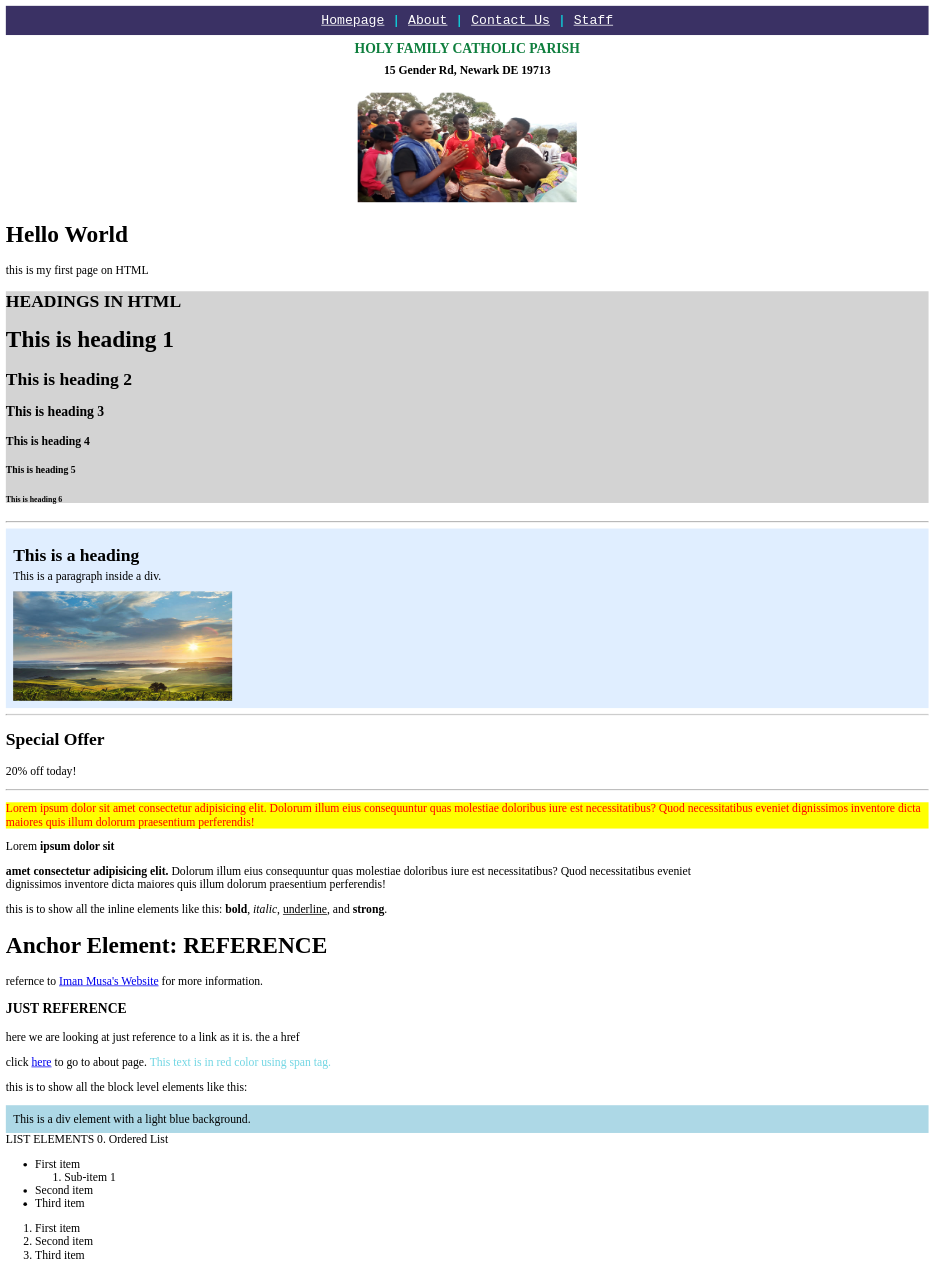
Repository: ficotims/HTML-RESTART
Page: Homepage.html
These files come from the project's save history. The page is drawn as it stood at one moment and after the next save; the edit follows.
The browser window is 1280 px wide. The pictures show the whole page, at 73% of full size.

Above is the page before, as saved 2026-02-10 13:09:33.

### Homepage.html
<!doctype html>
<html lang="en">
  <head>
    <meta charset="UTF-8" />
    <meta name="viewport" content="width=device-width, initial-scale=1.0" />
    <title>HTML Crash course with Iman Musa</title>
    <link rel="stylesheet" href="Style 1.css"/>
  </head>
  <body>

    <!-- NAVIGATION SECTION -->
        <div style="background-color: rgb(58, 49, 100); padding: 10px; text-align: center; color: aqua; font-size: 18px; font-family: monospace, Lemon milk;">
    <a href="Homepage.html" target="_top" style="color: white;">Homepage</a> |
    <a href="about.html" style="color: white;">About</a> | <a href="Contact us.html" style="color: white;">Contact Us</a> |
    <a href="staff.html" style="color: white;">Staff</a>
     </div>

 <div style="text-align: center;">
    <h3><span style="color: rgb(14, 126, 61);"><div style="line-height: 0;">HOLY FAMILY CATHOLIC PARISH</b></span></h3>
    <H4>15 Gender Rd, Newark DE 19713</H4>
    <img
        src="images/Acension.jpg"
        alt="Catholic Church Logo"
        width="300"
        height="150"
      />
      </div>

    <h1>Hello World</h1>
    <p>this is my first page on HTML</p>
    <!-- this is a comment and will not appear on the screen/ page -->
    <!-- let us introduce the headings -->
    <div style="background-color: lightgray; padding: px; text-align: left">
      <h2>HEADINGS IN HTML</h2>
    <h1>This is heading 1</h1>
    <h2>This is heading 2</h2>
    <h3>This is heading 3</h3>
    <h4>This is heading 4</h4>
    <h5>This is heading 5</h5>
    <h6>This is heading 6</h6>
    </div>

    <!-- here we are starting off LEARNING HOW TO USE THE <div> TAG -->
 <hr>
      <div style="background-color: rgb(224, 238, 255); padding: 10px; text-align: left; line-height: 0.5;">
  <h2>This is a heading</h2>
  <p>This is a paragraph inside a div.</p>
  <img src="images/landscape.jpg" alt="Landscape" width="300"
        height="150" />
</div>
<hr>
<div class="highlight-box">
  <h2>Special Offer</h2>
  <p>20% off today!</p>
</div>
<hr>


    <!-- thi is for paragraphs now -->
    <p class="body1">
      Lorem ipsum dolor sit amet consectetur adipisicing elit. Dolorum illum
      eius consequuntur quas molestiae doloribus iure est necessitatibus? Quod
      necessitatibus eveniet dignissimos inventore dicta maiores quis illum
      dolorum praesentium perferendis!
    </p>

    <p>
      Lorem <b>ipsum dolor sit <div>amet consectetur adipisicing elit.</b> Dolorum
      illum eius consequuntur quas molestiae doloribus iure est necessitatibus?
      Quod necessitatibus eveniet </div>dignissimos inventore dicta maiores quis illum
      dolorum praesentium perferendis!
    </p>


    <!-- this is for inline leve elements -->

    <p>
      this is to show all the inline elements like this: <b>bold</b>,
      <i>italic</i>, <u>underline</u>, and <strong>strong</strong>.
      <br />

      <!-- using the other inline elements: Anchor Elements (which are just links) -->
    </p>
    <h1>Anchor Element: REFERENCE</h1>
    refernce to
    <a href="https://www.google.com" target="_blank">Iman Musa's Website</a> for
    more information.
    <h3>JUST REFERENCE</h3>
    <p>here we are looking at just reference to a link as it is. the a href</p>
    click <a href="about.html" target="_blank">here</a> to go to about page.

    <!-- SPAN ELEMENT -->
    <span style="color: rgba(31, 190, 211, 0.63)">This text is in red color using span tag.</span>
    <p>
      <!-- now let us introduce the block level elements -->
      this is to show all the block level elements like this:
    </p>

    <div style="background-color: lightblue; padding: 10px">
      This is a div element with a light blue background.
    </div>

    <!-- this is LIST -->
<hi2>LIST ELEMENTS</h2>

    0. Ordered List

    <ul>
      <li>First item</li>
      <ol><li>Sub-item 1</li></ol>
      <li>Second item</li>
      <li>Third item</li>
    </ul>

    <ol>
      <li>First item</li>
      <li>Second item</li>
      <li>Third item</li>
    </ol>
  </body>
</html>

### Style 1.css
.body1 {
    color: red;
    background-color: yellow;
    font-size: 16px;
}

After the next save:
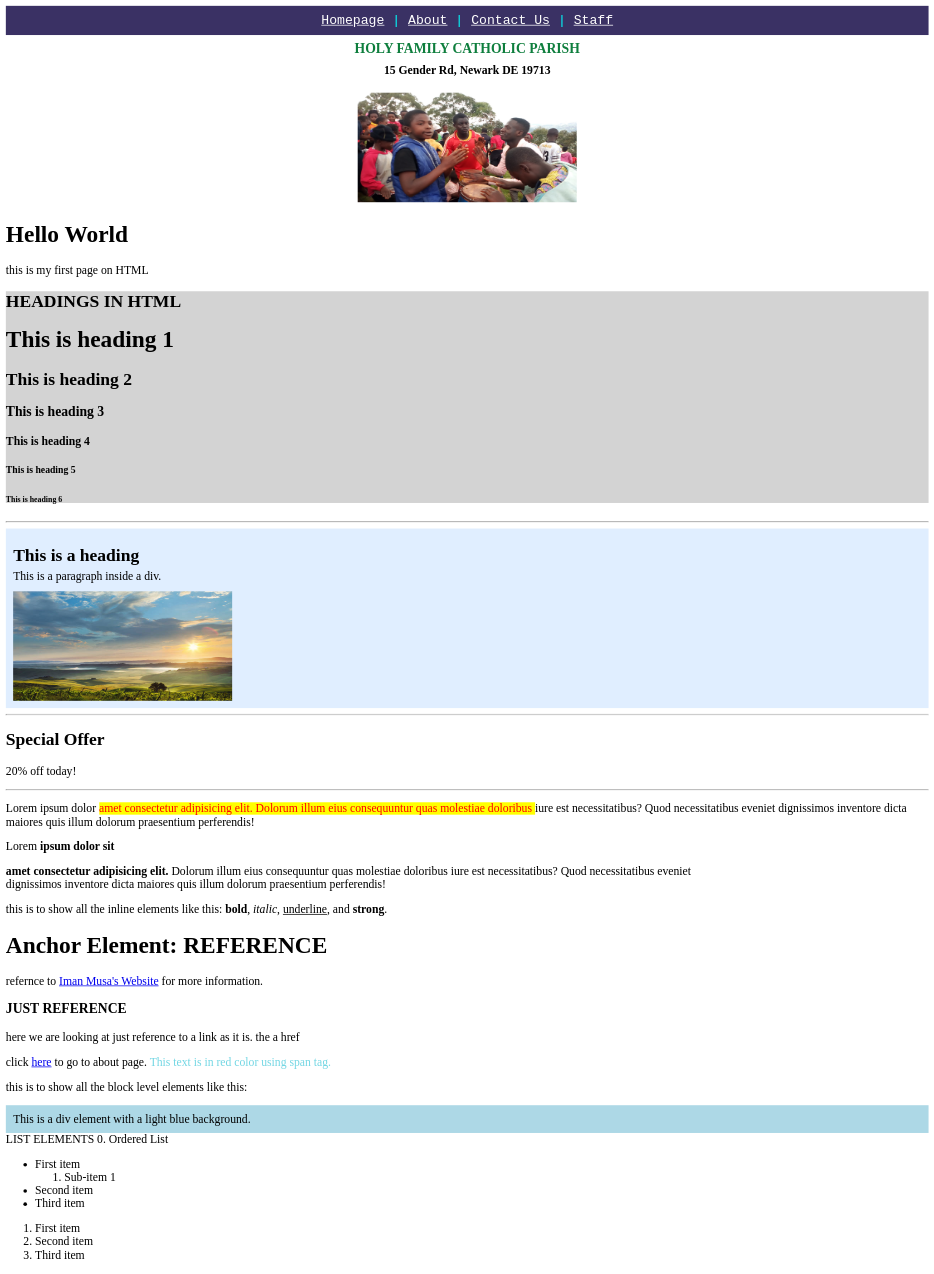
Saved 2 min 27 s later.
--- a/Homepage.html
+++ b/Homepage.html
@@ -57,9 +57,9 @@
 
 
     <!-- thi is for paragraphs now -->
-    <p class="body1">
-      Lorem ipsum dolor sit amet consectetur adipisicing elit. Dolorum illum
-      eius consequuntur quas molestiae doloribus iure est necessitatibus? Quod
+    <p>
+      Lorem ipsum dolor <span class="body1">amet consectetur adipisicing elit. Dolorum illum
+      eius consequuntur quas molestiae doloribus </span> iure est necessitatibus? Quod
       necessitatibus eveniet dignissimos inventore dicta maiores quis illum
       dolorum praesentium perferendis!
     </p>
